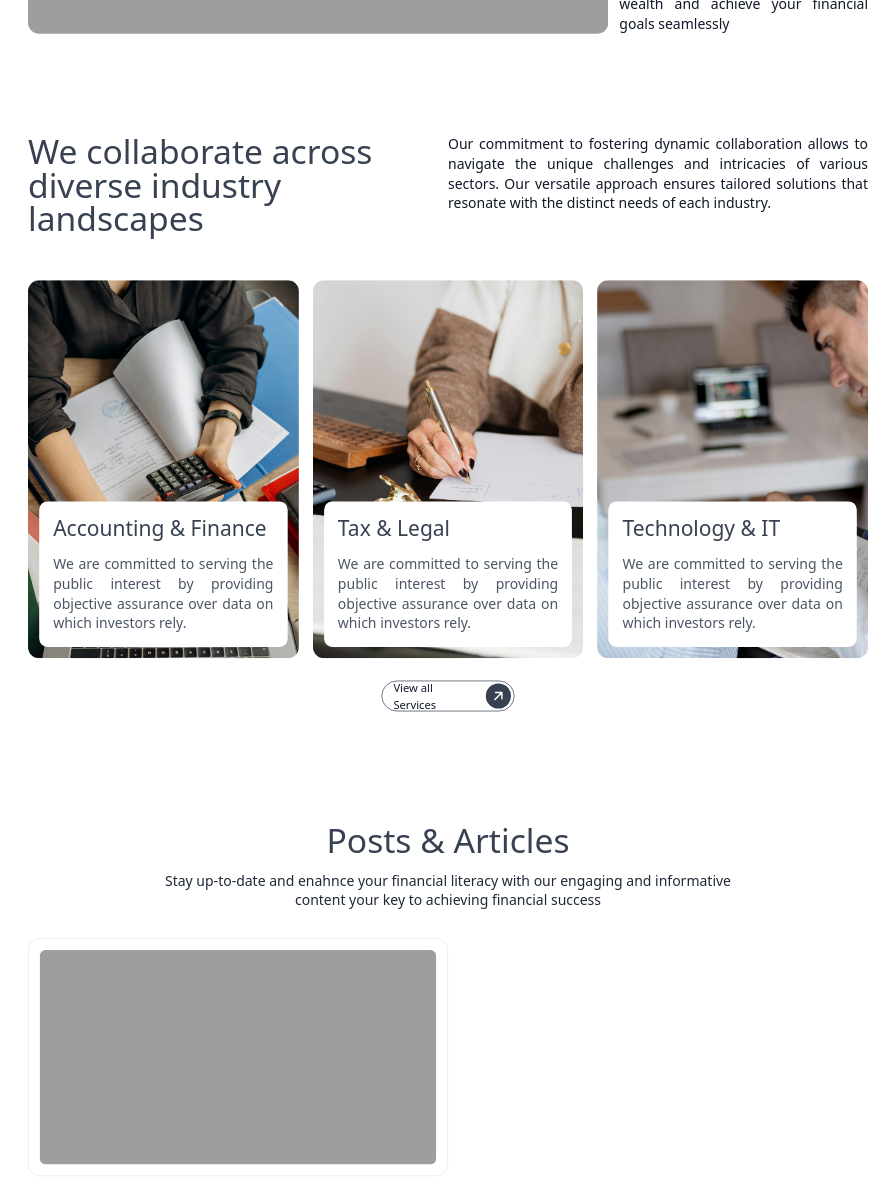
Repository: vespersolutionspk18/integrast-website
Page: /
An editor plug-in stored every save of this project. The page is shown before and after the next save, followed by the edit.
The browser window is 1280 px wide. The pictures show the part of the page from y = 746 to 2666 px (the page is 2466 px tall before and 2666 px after), at 70% of full size.
Pictures or frames that could not be fetched are drawn as grey boxes. The project was rebuilt for these pictures with package versions that can differ from the ones it lists, and the page was loaded fresh each time. The framework's server and built-in components were replaced by stand-ins that run in the browser. Also part of the build but not shown: next.config.ts.

Above is the page before, as saved 2024-12-09 16:57:26.

### app/layout.tsx
import type { Metadata } from "next";
import localFont from "next/font/local";
import "./globals.css";

const geistSans = localFont({
  src: "./fonts/GeistVF.woff",
  variable: "--font-geist-sans",
  weight: "100 900",
});
const geistMono = localFont({
  src: "./fonts/GeistMonoVF.woff",
  variable: "--font-geist-mono",
  weight: "100 900",
});

export const metadata: Metadata = {
  title: "Integra Strategy",
  description: "-",
};

export default function RootLayout({
  children,
}: Readonly<{
  children: React.ReactNode;
}>) {
  return (
    <html lang="en">
      <body
        className={`${geistSans.variable} ${geistMono.variable} antialiased`}
      >
        {children}
      </body>
    </html>
  );
}

### app/page.tsx
import Image from "next/image";
import Header from "./Header";
import Hero from "./Hero";
import Services from "./Services";
import Postsart from "./Postsart";

export default function Home() {
  return (
    <div>
      <Header />
      <Hero />
      <Services />
      <Postsart />
    </div>
  );
}

### app/Hero.tsx
import React from 'react'
import ButtonArrowwhite from "@/public/assets/buttonarrowwhite.svg";
import ButtonArrow from "@/public/assets/buttonarrow.svg";
const Hero = () => {
  return (
    <div className="flex flex-col p-10 ">
        <div className="flex flex-row mt-24 h-[190px] gap-5 ">
            <div className="w-[55%] flex flex-col">
                <h1 className="font-light font-sans text-6xl text-gray-600">Unlock Prosperity, <span className="text-gray-800">Choose Expert Guidance</span></h1>
                <h4 className="text-xl font-sans font-light text-gray-900 mt-6">Embark on a transformative journey to financial prosperity with our personalized accountancy services</h4>
            </div>
            <div className="w-[45%] flex flex-col justify-between ">
                <h4 className="text-xl text-justify font-light font-sans text-gray-900">Unlock tailored strategies, benefit from insightful guidances, and follow a clear pathway to achieve your financial success. Elevate your financial journey with our dedicated support and expertise. Contact us today to start your journey towards financial freedom.</h4>
                <div className="flex flex-row gap-5 pt-10">
                <div>
                <div id="button"
  className="group  bg-white h-[44px] flex-row border-[1px] border-gray-700 text-gray-900 text-[16px] py-1 px-1 font-light rounded-full hidden md:flex items-center justify-between w-[170px] transition-width duration-500 ease-in-out  hover:w-[195px] hover:bg-gray-700 hover:border-gray-700 hover:text-white hover:cursor-pointer "

>
  <div className="mx-3 font-sans font-regular">Get In Touch</div>
  <div className="bg-gray-700 rounded-full h-[36px] w-[36px] flex items-center justify-center transition-transform duration-500 ease-in-out group-hover:rotate-45">
    <ButtonArrowwhite className="h-[24px] w-[24px]" />
  </div>
            </div>
                </div>
                <div>
                <div id="button"
  className="group  bg-gray-700 h-[44px] flex-row border-[1px] border-gray-700 text-white text-[16px] py-1 px-1 font-light rounded-full hidden md:flex items-center justify-between w-[170px] transition-width duration-500 ease-in-out  hover:w-[195px] hover:bg-white hover:border-gray-700 hover:text-gray-700 hover:cursor-pointer "

>
  <div className="mx-3 font-sans font-regular">Get a Quote</div>
  <div className="bg-white rounded-full h-[36px] w-[36px] flex items-center justify-center transition-transform duration-500 ease-in-out group-hover:rotate-45 group-hover:border-[1px] group-hover:border-gray-700">
    <ButtonArrow className="h-[24px] w-[24px]" />
  </div>
            </div>
                </div>

                </div>
            </div>
        </div>


        <div className="flex flex-row h-[380px] gap-4 mt-16">
            <div className="w-[70%] transition-all duration-500 ease-in-out hover:w-[90%] rounded-2xl bg-cover bg-center" style={{backgroundImage: `url('/assets/heroimage3.jpg')`}}></div>
            <div className="w-[30%] transition-all duration-500 ease-in-out hover:w-[40%] flex flex-col justify-between ">
                <div className="w-full h-full rounded-2xl bg-cover bg-center" style={{backgroundImage: `url('/assets/heroimage4.jpg')`}}></div>
                <h5 className="font-sans text-gray-900 text-justify text-xl mt-3  font-light">Tailored solutions, expert guidance, and strategic planning to secure your wealth and achieve your financial goals seamlessly</h5>
            </div>
        </div>
    </div>
  )
}

export default Hero

### app/Services.tsx
import React from 'react'
import ButtonArrowwhite from "@/public/assets/buttonarrowwhite.svg";
import ButtonArrow from "@/public/assets/buttonarrow.svg";
const Services = () => {
  return (
    <div className="flex flex-col p-10 mt-16 items-center ">
        <div className="flex flex-row items-start justify-start ">
            <div className="w-1/2 font-sans font-light text-5xl text-gray-700">We collaborate across diverse industry landscapes</div>
            <div className="w-1/2 font-sans text-gray-900 text-justify text-xl  font-light">Our commitment to fostering dynamic collaboration allows to navigate the unique challenges and intricacies of various sectors. Our versatile approach ensures tailored solutions that resonate with the distinct needs of each industry.</div>
        </div>
        <div className="flex flex-row gap-5 mt-16">
            <div className="rounded-2xl w-1/3 h-[540px] bg-cover bg-center flex items-end  " style={{backgroundImage: `url('/assets/audit.jpg')`}}>
            <div className="group">
  <div className="bg-white m-4  rounded-[12px] flex flex-col relative transition-all duration-500 ease-in-out hover:pb-[120px] min-h-[180px]">
    <h5 className="ml-5 mt-5 mr-5 mb-5 font-sans text-3xl text-gray-700 font-light">
      Accounting & Finance
    </h5>
    <p className="ml-5 mr-5 mb-5 text-justify font-sans font-light text-xl text-gray-600">
      We are committed to serving the public interest by providing objective assurance over data on which investors rely.
    </p>
    {/* Hidden div */}
    <div className="absolute bottom-5 left-5 text-xl font-sans font-light  text-gray-600 px-4 py-2 rounded-md opacity-0 invisible transition-all duration-500 group-hover:opacity-100 group-hover:visible hover:text-black hover:cursor-pointer  hover:underline">
      Learn More
    </div>
  </div>
</div>

</div>
            <div className="rounded-2xl w-1/3 h-[540px] bg-cover bg-center flex items-end" style={{backgroundImage: `url('/assets/tax.jpg')`}}>
            <div className="group">
  <div className="bg-white m-4  rounded-[12px] flex flex-col relative transition-all duration-500 ease-in-out hover:pb-[120px] min-h-[180px]">
    <h5 className="ml-5 mt-5 mr-5 mb-5 font-sans text-3xl text-gray-700 font-light">
      Tax & Legal
    </h5>
    <p className="ml-5 mr-5 mb-5 text-justify font-sans font-light text-xl text-gray-600">
      We are committed to serving the public interest by providing objective assurance over data on which investors rely.
    </p>
    {/* Hidden div */}
    <div className="absolute bottom-5 left-5 text-xl font-sans font-light  text-gray-600 px-4 py-2 rounded-md opacity-0 invisible transition-all duration-500 group-hover:opacity-100 group-hover:visible hover:text-black hover:cursor-pointer  hover:underline">
      Learn More
    </div>
  </div>
</div>
</div>
            <div className="rounded-2xl w-1/3 h-[540px] bg-cover bg-center flex items-end" style={{backgroundImage: `url('/assets/tech.jpg')`}}>
            <div className="group">
  <div className="bg-white m-4  rounded-[12px] flex flex-col relative transition-all duration-500 ease-in-out hover:pb-[120px] min-h-[180px]">
    <h5 className="ml-5 mt-5 mr-5 mb-5 font-sans text-3xl text-gray-700 font-light">
      Technology & IT
    </h5>
    <p className="ml-5 mr-5 mb-5 text-justify font-sans font-light text-xl text-gray-600">
      We are committed to serving the public interest by providing objective assurance over data on which investors rely.
    </p>
    {/* Hidden div */}
    <div className="absolute bottom-5 left-5 text-xl font-sans font-light  text-gray-600 px-4 py-2 rounded-md opacity-0 invisible transition-all duration-500 group-hover:opacity-100 group-hover:visible hover:text-black hover:cursor-pointer  hover:underline">
      Learn More
    </div>
  </div>
</div>
</div>
        </div>
        <div className="mt-8">
                <div id="button"
  className="group  bg-white h-[44px] flex-row border-[1px] border-gray-700 text-gray-900 text-[16px] py-1 px-1 font-light rounded-full hidden md:flex items-center justify-between w-[190px] transition-width duration-500 ease-in-out hover:cursor-pointer  hover:w-[215px] hover:bg-gray-700 hover:border-gray-700 hover:text-white "

>
  <div className="mx-3 font-sans font-regular">View all Services</div>
  <div className="bg-gray-700 rounded-full h-[36px] w-[36px] flex items-center justify-center transition-transform duration-500 ease-in-out group-hover:rotate-45">
    <ButtonArrowwhite className="h-[24px] w-[24px]" />
  </div>
            </div>
                </div>
    </div>
  )
}

export default Services

### app/Postsart.tsx
import React from 'react'

const Postsart = () => {
  return (
    <div className="w-full flex flex-col p-10 items-center mt-20">
        <h2 className="text-5xl font-sans text-gray-700 font-light">Posts & Articles</h2>
        <p className="font-sans text-xl text-gray-800 font-light text-center mt-5">Stay up-to-date and enahnce your financial literacy with our engaging and informative<br></br>content your key to achieving financial success</p>
        <div className="flex flex-row mt-10 gap-5 w-full">
            <div className="flex flex-col rounded-2xl w-1/2 h-[340px] border-[1px] p-4 border-gray-200">
            <div className="w-full h-[340px] rounded-[8px] bg-cover bg-center" style={{backgroundImage: `url('/assets/heroimage3.jpg')`}}></div>
            </div>
        </div>
    </div>
  )
}

export default Postsart

Loaded but not shown: app/globals.css (common file); app/Header.tsx (common file); tailwind.config.ts (common file)

After the next save:
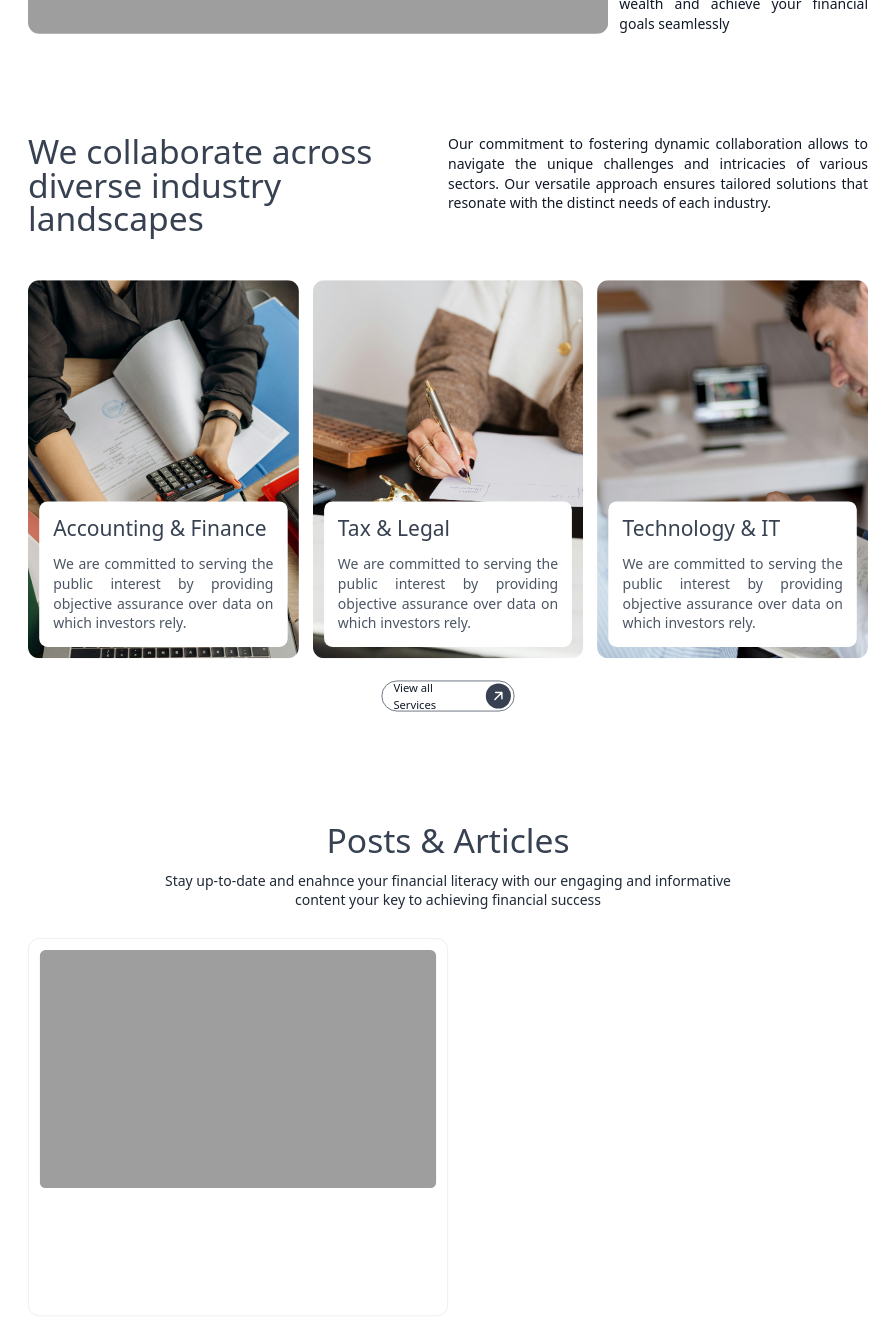
Saved 9 s later.
--- a/app/Postsart.tsx
+++ b/app/Postsart.tsx
@@ -6,7 +6,7 @@ const Postsart = () => {
         <h2 className="text-5xl font-sans text-gray-700 font-light">Posts & Articles</h2>
         <p className="font-sans text-xl text-gray-800 font-light text-center mt-5">Stay up-to-date and enahnce your financial literacy with our engaging and informative<br></br>content your key to achieving financial success</p>
         <div className="flex flex-row mt-10 gap-5 w-full">
-            <div className="flex flex-col rounded-2xl w-1/2 h-[340px] border-[1px] p-4 border-gray-200">
+            <div className="flex flex-col rounded-2xl w-1/2 h-[540px] border-[1px] p-4 border-gray-200">
             <div className="w-full h-[340px] rounded-[8px] bg-cover bg-center" style={{backgroundImage: `url('/assets/heroimage3.jpg')`}}></div>
             </div>
         </div>
